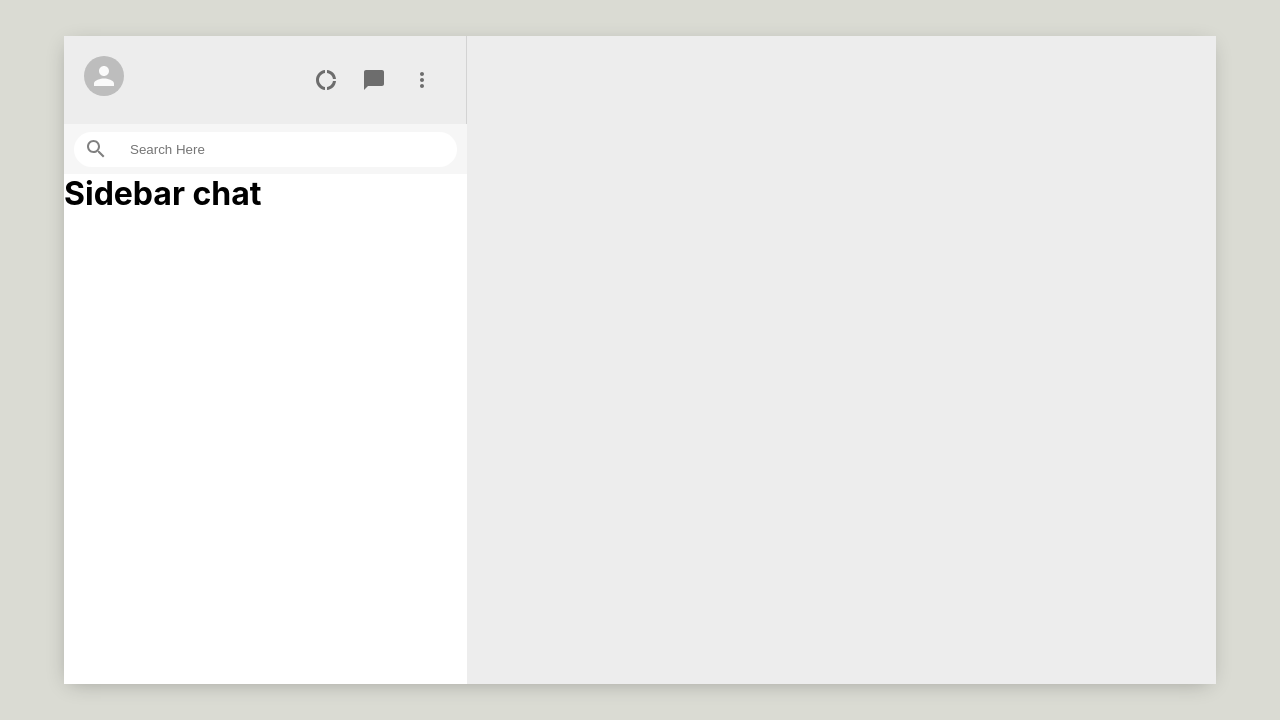
Repository: Prafullkuma/whatsappclon
Page: /
An editor plug-in stored every save of this project. The page is shown before and after the next save, followed by the edit.
The browser window is 1280 px wide. The pictures show the whole page.
The project was rebuilt for these pictures with package versions that can differ from the ones it lists, and the page was loaded fresh each time. Also part of the build but not shown: src/Component/Chat/sidebarChat.css.

Above is the page before, as saved 2020-08-19 12:18:04.

After the next save:
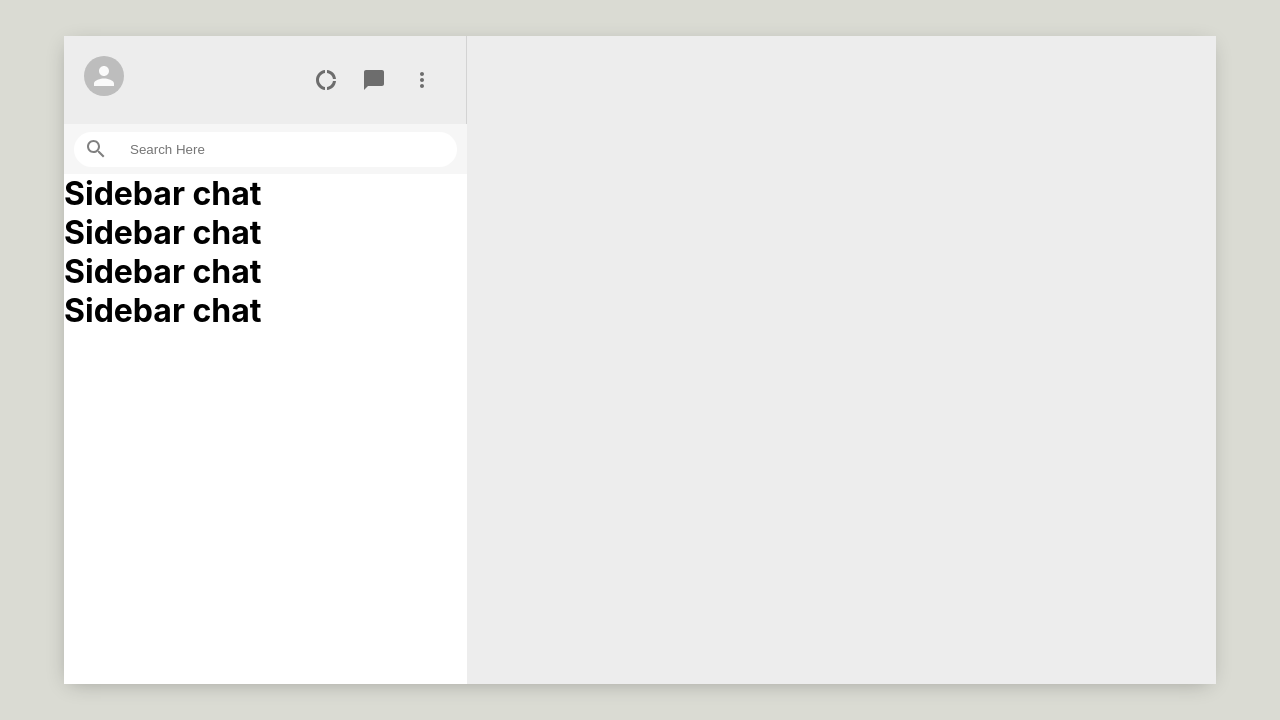
Saved 17 s later.
--- a/src/Component/Sidebar.js
+++ b/src/Component/Sidebar.js
@@ -32,6 +32,7 @@ function Slidebar() {
             </div>
             <div className="sidebar_chat">
                 <SidebarChat />
+                <SidebarChat />   <SidebarChat />   <SidebarChat />
             </div>
         </div >
     )
